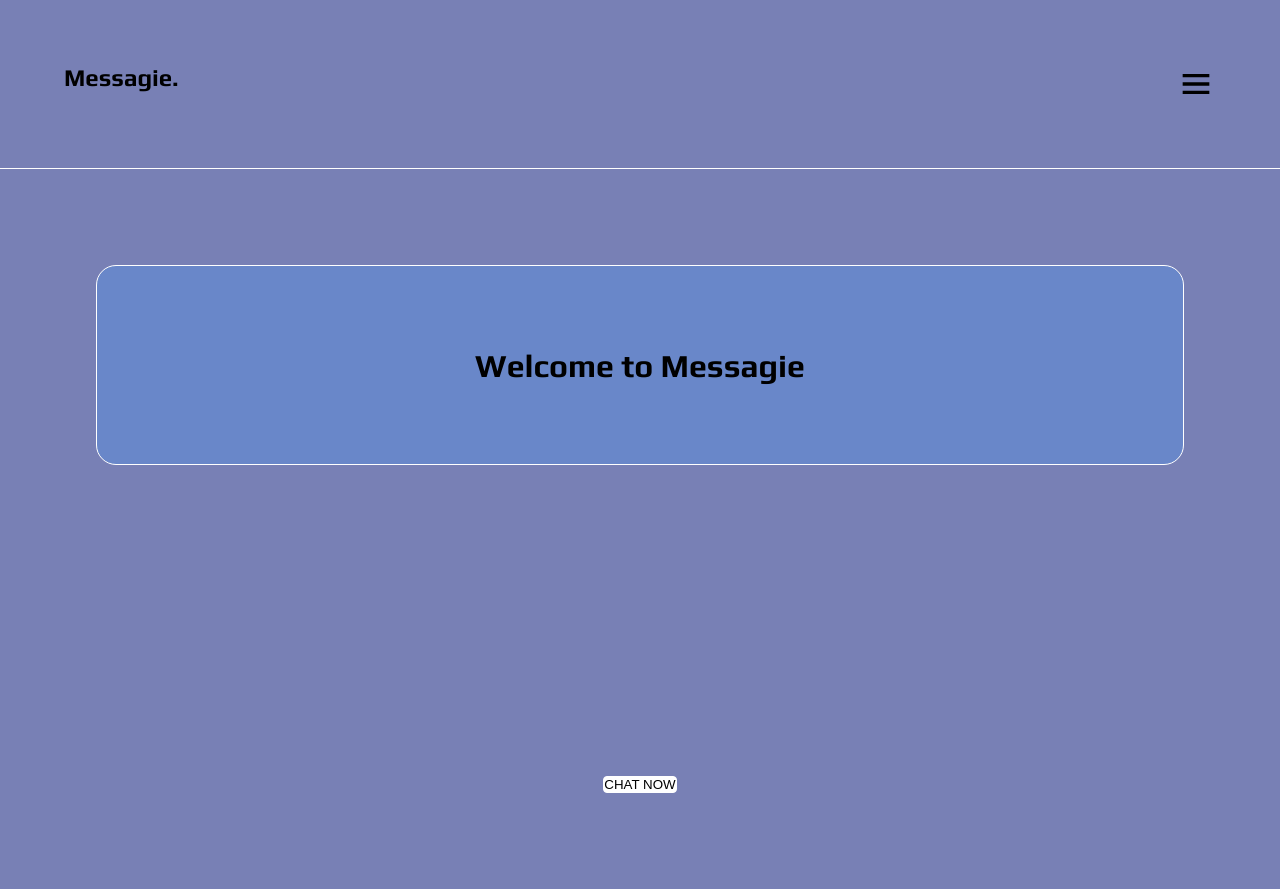
Repository: shaelorch/typeytalkey
Page: /
The author's editor kept a copy of each file at every save. The page is drawn from the files as they stood at one save, then again after the next save.
The browser window is 1280 px wide. The pictures show the whole page.
The project was rebuilt for these pictures with package versions that can differ from the ones it lists, and the page was loaded fresh each time. The framework's server and built-in components were replaced by stand-ins that run in the browser. Also part of the build but not shown: next.config.js.

Above is the page before, as saved 2023-02-24 15:08:20.

### src/pages/index.js
import Head from 'next/head'
import Image from 'next/image'
import { Inter } from '@next/font/google'
import styles from '@/styles/Home.module.css'
import Logo from 'comps/Logo'

const inter = Inter({ subsets: ['latin'] })

export default function Home() {
  return (
    <>
      <Head>
        <title>Create Next App</title>
        <meta name="description" content="Generated by create next app" />
        <meta name="viewport" content="width=device-width, initial-scale=1" />
        <link rel="icon" href="/favicon.ico" />
      </Head>
      <Logo/>
      <main className={styles.main}>

        <div style={{backgroundColor:"#6987C9", width:"100%",
      height:200, borderRadius:20, display:'flex', justifyContent:'center', textAlign:'center', alignItems:'center', border:"1px solid #ffffff"}}>
        <h1>Welcome to Messagie </h1>

        </div>

        <button className={styles.chatbutton}>CHAT NOW</button>
      </main>
    </>
  )
}

### src/styles/globals.css
@import url('https://fonts.googleapis.com/css2?family=Play:wght@400;700&display=swap');

:root {
  --max-width: 1100px;
  --border-radius: 12px;
  --font-mono: ui-monospace, Menlo, Monaco, 'Cascadia Mono', 'Segoe UI Mono',
    'Roboto Mono', 'Oxygen Mono', 'Ubuntu Monospace', 'Source Code Pro',
    'Fira Mono', 'Droid Sans Mono', 'Courier New', monospace;

  --foreground-rgb: 0, 0, 0;
  --background-start-rgb: 214, 219, 220;
  --background-end-rgb: 255, 255, 255;

  --primary-glow: conic-gradient(
    from 180deg at 50% 50%,
    #16abff33 0deg,
    #0885ff33 55deg,
    #54d6ff33 120deg,
    #0071ff33 160deg,
    transparent 360deg
  );
  --secondary-glow: radial-gradient(
    rgba(255, 255, 255, 1),
    rgba(255, 255, 255, 0)
  );

  --tile-start-rgb: 239, 245, 249;
  --tile-end-rgb: 228, 232, 233;
  --tile-border: conic-gradient(
    #00000080,
    #00000040,
    #00000030,
    #00000020,
    #00000010,
    #00000010,
    #00000080
  );

  --callout-rgb: 238, 240, 241;
  --callout-border-rgb: 172, 175, 176;
  --card-rgb: 180, 185, 188;
  --card-border-rgb: 131, 134, 135;
}

@media (prefers-color-scheme: dark) {
  :root {
    --foreground-rgb: 255, 255, 255;
    --background-start-rgb: 0, 0, 0;
    --background-end-rgb: 0, 0, 0;

    --primary-glow: radial-gradient(rgba(1, 65, 255, 0.4), rgba(1, 65, 255, 0));
    --secondary-glow: linear-gradient(
      to bottom right,
      rgba(1, 65, 255, 0),
      rgba(1, 65, 255, 0),
      rgba(1, 65, 255, 0.3)
    );

    --tile-start-rgb: 2, 13, 46;
    --tile-end-rgb: 2, 5, 19;
    --tile-border: conic-gradient(
      #ffffff80,
      #ffffff40,
      #ffffff30,
      #ffffff20,
      #ffffff10,
      #ffffff10,
      #ffffff80
    );

    --callout-rgb: 20, 20, 20;
    --callout-border-rgb: 108, 108, 108;
    --card-rgb: 100, 100, 100;
    --card-border-rgb: 200, 200, 200;
  }
}

* {
  box-sizing: border-box;
  padding: 0;
  margin: 0;
}

html,
body {
  max-width: 100vw;
  overflow-x: hidden;
}

body {
  color: rgb(var(--foreground-rgb));
  background: linear-gradient(
      to bottom,
      transparent,
      rgb(var(--background-end-rgb))
    )
    rgb(var(--background-start-rgb));
}

a {
  color: inherit;
  text-decoration: none;
}

@media (prefers-color-scheme: dark) {
  html {
    color-scheme: dark;
  }
}

### src/styles/Home.module.css
.main {
  display: flex;
  flex-direction: column;
  justify-content: space-between;
  align-items: center;
  padding: 6rem;
  background-color: #7880B5;
  font-family:play, sans-serif;
  min-height: 100vh;
}
.chatbutton {

  display:flex;
  background-color: white;
  border:1px solid white;
  border-radius: 4px;
  box-shadow: inset;

}

.logocont {
  display: flex;
  background-color: #7880B5;
  font-family: play, sans-serif;
  padding:5%;
  border-bottom: 0.5px solid #ffffff;
  flex-direction: row;
  justify-content: space-between;

}
.serverCont {

  display:flex;
    height:50px;
    margin-bottom:20px;
    margin-top:20px;
    color:white;
    width:60%;
    font-weight:bold;
    font-family: play, sans-serif;
    padding:10px;
    border-bottom:1px solid white;
    width:100%;

}
.description {
  display: inherit;
  justify-content: inherit;
  align-items: inherit;
  font-size: 0.85rem;
  max-width: var(--max-width);
  width: 100%;
  z-index: 2;
  font-family: var(--font-mono);
}

.description a {
  display: flex;
  justify-content: center;
  align-items: center;
  gap: 0.5rem;
}

.description p {
  position: relative;
  margin: 0;
  padding: 1rem;
  background-color: rgba(var(--callout-rgb), 0.5);
  border: 1px solid rgba(var(--callout-border-rgb), 0.3);
  border-radius: var(--border-radius);
}

.code {
  font-weight: 700;
  font-family: var(--font-mono);
}

.grid {
  display: grid;
  grid-template-columns: repeat(4, minmax(25%, auto));
  width: var(--max-width);
  max-width: 100%;
}

.card {
  padding: 1rem 1.2rem;
  border-radius: var(--border-radius);
  background: rgba(var(--card-rgb), 0);
  border: 1px solid rgba(var(--card-border-rgb), 0);
  transition: background 200ms, border 200ms;
}

.card span {
  display: inline-block;
  transition: transform 200ms;
}

.card h2 {
  font-weight: 600;
  margin-bottom: 0.7rem;
}

.card p {
  margin: 0;
  opacity: 0.6;
  font-size: 0.9rem;
  line-height: 1.5;
  max-width: 30ch;
}

.center {
  display: flex;
  justify-content: center;
  align-items: center;
  position: relative;
  padding: 4rem 0;
}

.center::before {
  background: var(--secondary-glow);
  border-radius: 50%;
  width: 480px;
  height: 360px;
  margin-left: -400px;
}

.center::after {
  background: var(--primary-glow);
  width: 240px;
  height: 180px;
  z-index: -1;
}

.center::before,
.center::after {
  content: '';
  left: 50%;
  position: absolute;
  filter: blur(45px);
  transform: translateZ(0);
}

.logo,
.thirteen {
  position: relative;
}

.thirteen {
  display: flex;
  justify-content: center;
  align-items: center;
  width: 75px;
  height: 75px;
  padding: 25px 10px;
  margin-left: 16px;
  transform: translateZ(0);
  border-radius: var(--border-radius);
  overflow: hidden;
  box-shadow: 0px 2px 8px -1px #0000001a;
}

.thirteen::before,
.thirteen::after {
  content: '';
  position: absolute;
  z-index: -1;
}

/* Conic Gradient Animation */
.thirteen::before {
  animation: 6s rotate linear infinite;
  width: 200%;
  height: 200%;
  background: var(--tile-border);
}

/* Inner Square */
.thirteen::after {
  inset: 0;
  padding: 1px;
  border-radius: var(--border-radius);
  background: linear-gradient(
    to bottom right,
    rgba(var(--tile-start-rgb), 1),
    rgba(var(--tile-end-rgb), 1)
  );
  background-clip: content-box;
}

/* Enable hover only on non-touch devices */
@media (hover: hover) and (pointer: fine) {
  .card:hover {
    background: rgba(var(--card-rgb), 0.1);
    border: 1px solid rgba(var(--card-border-rgb), 0.15);
  }

  .card:hover span {
    transform: translateX(4px);
  }
}

@media (prefers-reduced-motion) {
  .thirteen::before {
    animation: none;
  }

  .card:hover span {
    transform: none;
  }
}

/* Mobile */
@media (max-width: 700px) {
  .content {
    padding: 4rem;
  }

  .grid {
    grid-template-columns: 1fr;
    margin-bottom: 120px;
    max-width: 320px;
    text-align: center;
  }

  .card {
    padding: 1rem 2.5rem;
  }

  .card h2 {
    margin-bottom: 0.5rem;
  }

  .center {
    padding: 8rem 0 6rem;
  }

  .center::before {
    transform: none;
    height: 300px;
  }

  .description {
    font-size: 0.8rem;
  }

  .description a {
    padding: 1rem;
  }

  .description p,
  .description div {
    display: flex;
    justify-content: center;
    position: fixed;
    width: 100%;
  }

  .description p {
    align-items: center;
    inset: 0 0 auto;
    padding: 2rem 1rem 1.4rem;
    border-radius: 0;
    border: none;
    border-bottom: 1px solid rgba(var(--callout-border-rgb), 0.25);
    background: linear-gradient(
      to bottom,
      rgba(var(--background-start-rgb), 1),
      rgba(var(--callout-rgb), 0.5)
    );
    background-clip: padding-box;
    backdrop-filter: blur(24px);
  }

  .description div {
    align-items: flex-end;
    pointer-events: none;
    inset: auto 0 0;
    padding: 2rem;
    height: 200px;
    background: linear-gradient(
      to bottom,
      transparent 0%,
      rgb(var(--background-end-rgb)) 40%
    );
    z-index: 1;
  }
}

/* Tablet and Smaller Desktop */
@media (min-width: 701px) and (max-width: 1120px) {
  .grid {
    grid-template-columns: repeat(2, 50%);
  }
}

@media (prefers-color-scheme: dark) {
  .vercelLogo {
    filter: invert(1);
  }

  .logo,
  .thirteen img {
    filter: invert(1) drop-shadow(0 0 0.3rem #ffffff70);
  }
}

@keyframes rotate {
  from {
    transform: rotate(360deg);
  }
  to {
    transform: rotate(0deg);
  }
}

### comps/Logo.js
import styles from "src/styles/Home.module.css"
import { BiMenu }  from "react-icons/bi"
import { useState } from "react";
import Link from "next/link";
import {AiOutlineClose} from "react-icons/ai"

export default function Logo() {
    const [open, setOpen] = useState(false);
    const [close, setClose] = useState(false);

    const handleClick = () => {
        setOpen(true);
        console.log("hello");
    }

    const handleClickClose = () => {
            setOpen(false);
    }

    return ( <><div className={styles.logocont}>
        <h2>Messagie.</h2>
        <BiMenu size={40} onClick={handleClick} />
    </div><div style={{display:'flex', justifyContent:'right', backgroundColor:"#7880B5", fontFamily:'play, sans-serif', position:'absolute', right:0}}>
            <div style={{display: open ? "flex" : "none", backgroundColor:'white', height:200, width:250,borderRadius:10, color:"#7880B5", padding:20, flexDirection:'column' }}>
                <AiOutlineClose size={30} style={{marginLeft:"80%"}} onClick={handleClickClose} />
                <Link href="/">Home</Link>
                <Link href="/about">Messages</Link>


            </div>
        </div></>



    )
}

Loaded but not shown: src/pages/_app.js (common file); src/pages/_document.js (common file)

After the next save:
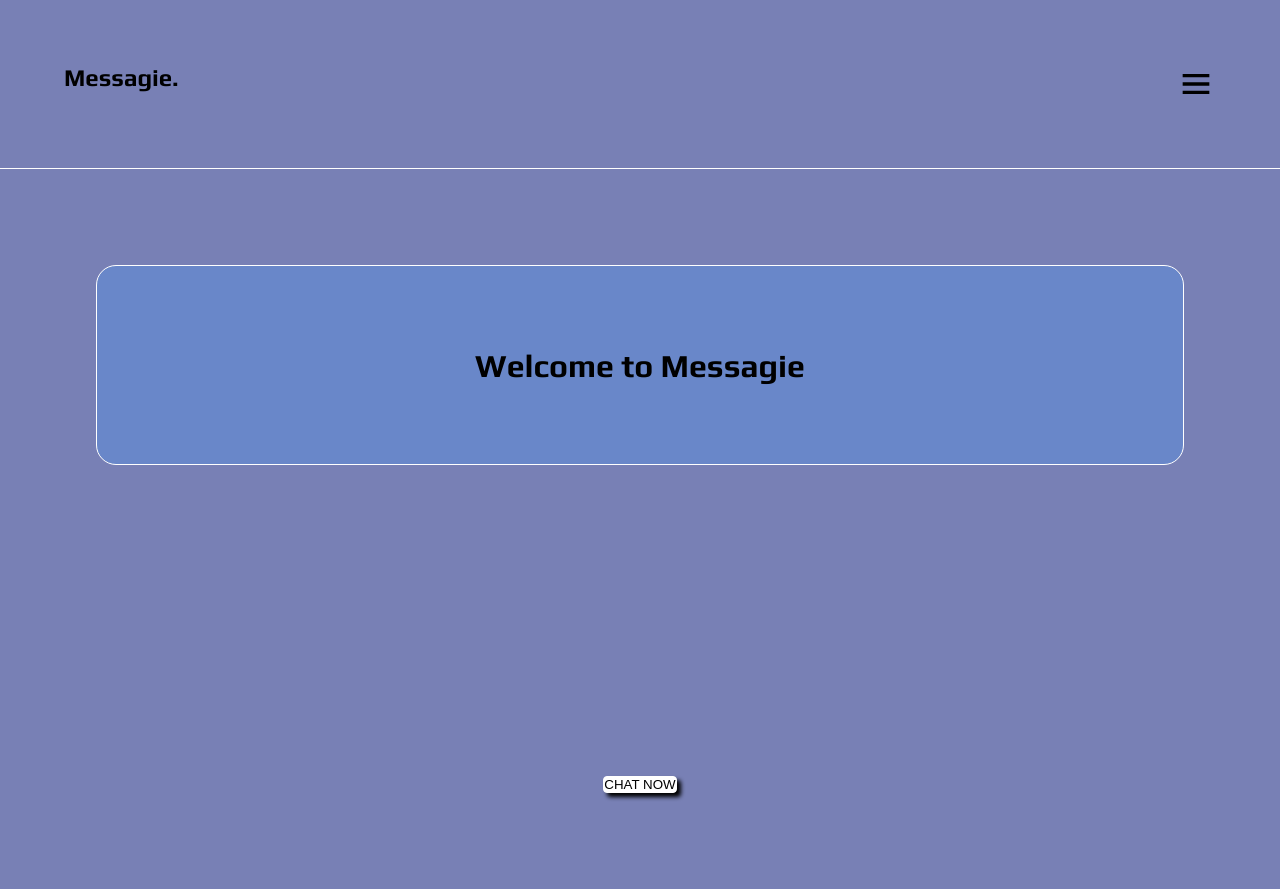
Saved 20 s later.
--- a/src/styles/Home.module.css
+++ b/src/styles/Home.module.css
@@ -14,7 +14,7 @@
   background-color: white;
   border:1px solid white;
   border-radius: 4px;
-  box-shadow: inset;
+  box-shadow: 4px 4px 4px;
 
 }
 
